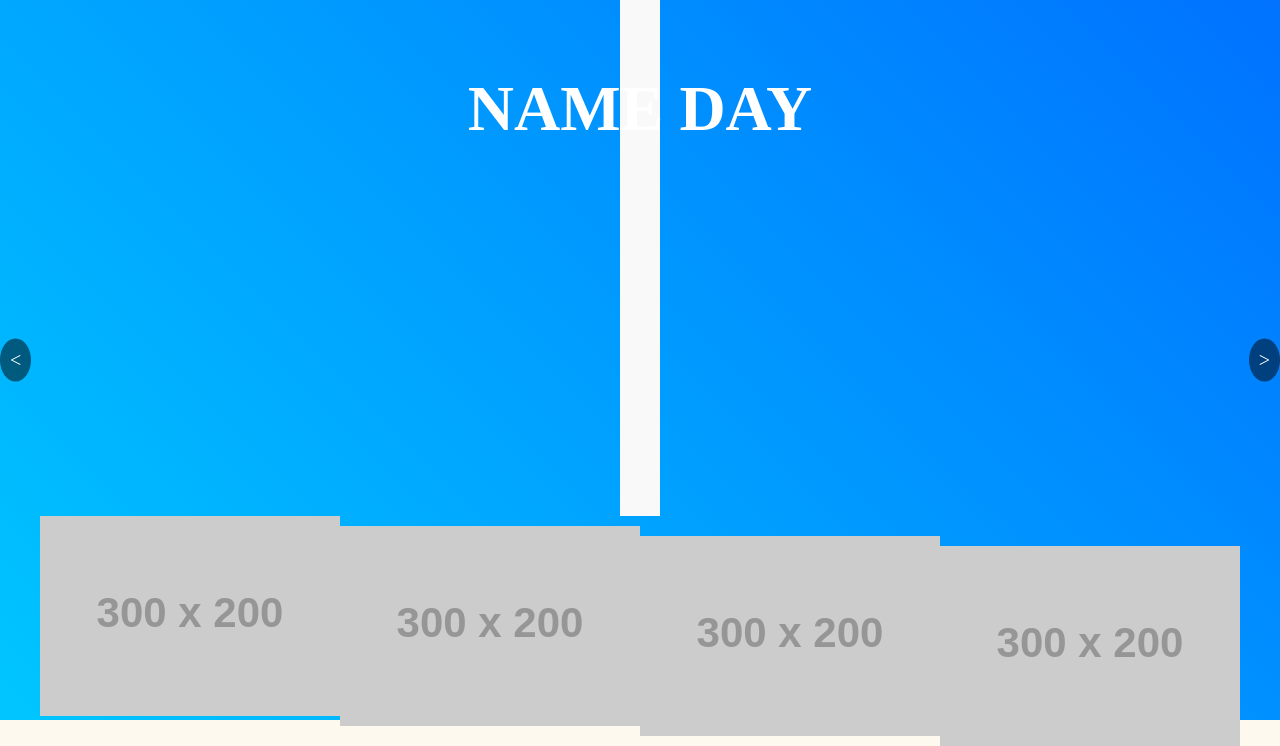
Repository: naps00/BIRTHDAY
Page: /details
These files come from the project's save history. The page is drawn as it stood at one moment and after the next save; the edit follows.
The browser window is 1280 px wide. The pictures show the whole page.
The project was rebuilt for these pictures with package versions that can differ from the ones it lists, and the page was loaded fresh each time.

Above is the page before, as saved 2024-12-12 03:08:50.

### src/App.js
import React, { useState } from 'react';
import { BrowserRouter as Router, Route, Routes, Link } from 'react-router-dom';
import './App.css';
import Details from './details.js'; // นำเข้า Details.js

function Home() {
  const [showModal, setShowModal] = useState(false);

  // เมื่อวีดีโอจบ ให้แสดง modal
  const handleVideoEnd = () => {
    setShowModal(true);
  };

  return (
    <div className="App">
      <div className="container">
        <div className="text-section" style={{ flex: 1, display: 'flex', flexDirection: 'column', justifyContent: 'center', alignItems: 'center', textAlign: 'center', height: '100vh', color: 'black', fontSize: 'calc(3vw + 0vh)', fontWeight: 'bold' }}>
          <h2>HAPPY BIRTHDAY !!</h2>
          <p>MY LOVE ♡ </p>
          <img src="https://img2.pic.in.th/pic/fc8c0bdfae313c2ffd700a21b05915d6-removebg-preview.png" alt="Happy Birthday Decoration" style={{width: '200px', height: '200PX' }} />
        </div>

        <div className="video-section">
          <video
            className="video-player"
            controls
            onEnded={handleVideoEnd}
          >
            <source src="https://v1.pinimg.com/videos/mc/720p/3d/2a/3c/3d2a3ca4078af4f14258938781ed5f8e.mp4" type="video/mp4" />
            Your browser does not support the video tag.
          </video>
        </div>
      </div>

      {/* Modal */}
      {showModal && (
        <div className="modal-backdrop">
          <div className="modal-content">
            <h2>Are you ready?</h2>
            {/* เปลี่ยนปุ่ม "ปิด" ให้เป็นลิงค์ไปยังหน้า /details */}
            <Link to="/details">
              <button className="pulse">GO !!</button>
            </Link>
          </div>
        </div>
      )}

      {/* เพิ่มอิโมจิที่วิ้งๆ */}
      <div className="emoji">🌟</div>
      <div className="emoji2">✨</div>
      <div className="emoji3">💕</div>

    </div>
  );
}

function App() {
  return (
    <Router>
      <Routes>
        <Route path="/" element={<Home />} />
        <Route path="/details" element={<Details />} /> {/* เพิ่มเส้นทางสำหรับหน้า /details */}
      </Routes>
    </Router>
  );
}

export default App;

### src/App.css
/* การจัด layout ของแอปพลิเคชัน */
.App {
  background-color: white;
  min-height: 100vh;
  display: flex;
  justify-content: center;
  align-items: center;
}

/* ส่วนที่ใช้จัด layout */
.container {
  display: flex;
  flex-direction: row; /* แบ่งพื้นที่ออกเป็น 2 ส่วน */
  width: 100%;
  height: 100vh;
}

/* ส่วนข้อความ */
.text-section {
  flex: 1;
  display: flex;
  flex-direction: column;
  justify-content: center;
  align-items: center;
  padding: 20px;
  background-color: #f9f9f9;
}

.text-section h1 {
  margin-bottom: 20px;
}

/* ส่วนวีดีโอ */
.video-section {
  flex: 1;
  display: flex;
  justify-content: center;
  align-items: center;
  background-color: #000;
}

.video-player {
  width: 100%; /* ให้วีดีโอเต็มความกว้าง */
  height: 100%; /* ให้วีดีโอเต็มความสูง */
  object-fit: cover; /* ปรับวีดีโอให้เต็มพื้นที่โดยไม่เสียสัดส่วน */

/* การแสดง modal */
}
.modal-backdrop {
  position: fixed;
  top: 0;
  left: 0;
  width: 100%;
  height: 100%;
  background: rgba(0, 0, 0, 0.7);
  display: flex;
  justify-content: center;
  align-items: center;
  z-index: 100; /* ทำให้ modal อยู่เหนือสิ่งอื่น */
  animation: fadeInPop 0.5s ease-out;
}

/* เพิ่ม z-index ให้ modal-content */
.modal-content {
  background: white;
  padding: 20px;
  border-radius: 10px;
  text-align: center;
  box-shadow: 0 2px 10px rgba(0, 0, 0, 0.3);
  animation: slideUp 0.3s ease-out;
  z-index: 101; /* ทำให้เนื้อหาของ modal อยู่เหนือ backdrop */
}

/* การแอนิเมชัน fade-in และ pop-up สำหรับ modal backdrop */
@keyframes fadeInPop {
  0% {
    opacity: 0;
    transform: scale(0.8);
  }
  100% {
    opacity: 1;
    transform: scale(1);
  }
}

body {
  font-family: 'Coiny', cursive;
  margin: 0;
  padding: 0;
  box-sizing: border-box;
  background-color: #fef9ef;
  color: #333;
}

h1, h2, p {
  font-family: 'Coiny', cursive; /* ฟอนต์ใหม่สำหรับข้อความ */
}

button {
  font-family: 'Coiny', cursive;
  font-size: 1.2rem;
  background-color: #ff6f61;
  color: #fff;
  padding: 10px 20px;
  border: none;
  border-radius: 8px;
  cursor: pointer;
  transition: background-color 0.3s ease, transform 0.3s ease;
}

button:hover {
  background-color: #ff3d3d;
  transform: scale(1.1);
}

/* การแอนิเมชัน slide-up สำหรับ modal content */
@keyframes slideUp {
  0% {
    transform: translateY(20px);
    opacity: 0;
  }
  100% {
    transform: translateY(0);
    opacity: 1;
  }
}

.modal-content h2 {
  margin-bottom: 20px;
}

.modal-content button {
  padding: 10px 20px;
  background-color: #007bff;
  color: white;
  border: none;
  border-radius: 5px;
  cursor: pointer;
  transition: transform 0.3s ease, background-color 0.3s ease;
}

/* เอฟเฟกต์เมื่อ hover ปุ่ม */
.modal-content button:hover {
  background-color: #0056b3;
  transform: scale(1.1); /* ขยายขนาดปุ่มเมื่อ hover */
}

/* เอฟเฟกต์การเต้นของปุ่ม */
@keyframes pulse {
  0% {
    transform: scale(1);
    opacity: 1;
  }
  50% {
    transform: scale(1.1);
    opacity: 0.8;
  }
  100% {
    transform: scale(1);
    opacity: 1;
  }
}

.pulse {
  animation: pulse 1.5s infinite;
}

/* อิโมจิวิ้งๆ */
.emoji {
  position: fixed;
  top: 30%;
  right: 50%;
  font-size: 30px;
  animation: smoothBounce 1.4s infinite;
  z-index: 50; /* ทำให้ไอคอนอิโมจิอยู่ใต้ modal */
}
.emoji2 {
  position: fixed;
  top: 18%;
  right: 97%;
  font-size: 30px;
  animation: smoothBounce 1.5s infinite;
  z-index: 50; /* ทำให้ไอคอนอิโมจิอยู่ใต้ modal */
}
.emoji3 {
  position: fixed;
  top: 63%;
  right: 65%;
  font-size: 50px;
  animation: smoothBounce 3s infinite;
  z-index: 50; /* ทำให้ไอคอนอิโมจิอยู่ใต้ modal */
}
/* การกระพิบ */
/* @keyframes fadeInOut {
  0%, 100% {
    opacity: 0;
  }
  50% {
    opacity: 1;
  }
}

.fade {
  animation: fadeInOut 1s infinite;
} */

/* การแอนิเมชันวิ้ง */
@keyframes smoothBounce {
  0%, 100% {
    transform: translateY(0);
    opacity: 1;
  }
  25% {
    transform: translateY(-1px);
    opacity: 1;
  }
  50% {
    transform: translateY(-1px);
    opacity: 1;
  }
  75% {
    transform: translateY(5px);
    opacity: 1;
  }
}


/* การแอนิเมชัน zoom-in */
@keyframes zoomIn {
  0% {
    transform: scale(0.8);
    opacity: 0;
  }
  100% {
    transform: scale(1);
    opacity: 1;
  }
}

.zoom-in {
  animation: zoomIn 0.4s ease-out;
}

/* เอฟเฟกต์ fade-in สำหรับเนื้อหาที่โหลด */
.fade-in {
  opacity: 0;
  animation: fadeIn 1s forwards;
}

@keyframes fadeIn {
  from {
    opacity: 0;
  }
  to {
    opacity: 1;
  }
}

### src/details.js
import React, { useState } from 'react';
import './details.css'; // เพิ่มสไตล์เฉพาะสำหรับหน้า Details

function Details() {
  const [currentIndex, setCurrentIndex] = useState(0);

  const images = [
    'https://via.placeholder.com/300x200?text=Image+1',
    'https://via.placeholder.com/300x200?text=Image+2',
    'https://via.placeholder.com/300x200?text=Image+3',
    'https://via.placeholder.com/300x200?text=Image+4'
  ];

  const handleNext = () => {
    setCurrentIndex((currentIndex + 1) % images.length);
  };

  const handlePrev = () => {
    setCurrentIndex((currentIndex - 1 + images.length) % images.length);
  };

  return (
    <div className="details-page">
      <div className="text-section">
        <h1>NAME DAY</h1>
      </div>

      <div className="card-stack">
        {images.map((src, index) => (
          <img
            key={index}
            src={src}
            alt={`Slide ${index + 1}`}
            className={`card ${index === currentIndex ? 'active' : ''}`}
            style={{ transform: `translateY(${(index - currentIndex) * 10}px)` }}
          />
        ))}
      </div>

      <div className="controls">
        <button onClick={handlePrev}>&lt;</button>
        <button onClick={handleNext}>&gt;</button>
      </div>
    </div>
  );
}

export default Details;

### src/details.css
/* พื้นหลังที่เคลื่อนไหว */
.details-page {
    position: relative;
    min-height: 100vh;
    display: flex;
    flex-direction: column;
    justify-content: center;
    align-items: center;
    background: linear-gradient(45deg, #00c6ff, #0072ff);
    animation: moveBackground 5s linear infinite;
  }

  /* เคลื่อนไหวพื้นหลัง */
  @keyframes moveBackground {
    0% {
      background: linear-gradient(45deg, #00c6ff, #0072ff);
    }
    50% {
      background: linear-gradient(45deg, #0072ff, #00c6ff);
    }
    100% {
      background: linear-gradient(45deg, #00c6ff, #0072ff);
    }
  }

  /* ข้อความที่แสดง "สสสส" */
  .text-section h1 {
    color: white;
    font-size: 4rem;
    text-align: center;
    margin: 0;
    position: absolute;
    top: 10%;
    z-index: 10;
  }

  /* การสไตล์สำหรับส่วนสไลด์ */
  .slider-container {
    position: relative;
    width: 80%;
    height: 300px;
    margin-top: 10%; /* เพิ่มระยะห่างจากข้อความ */
    background-color: #fff;
    border-radius: 8px;
    overflow: hidden;
    box-shadow: 0 4px 10px rgba(0, 0, 0, 0.2);
  }

  /* กำหนดให้รูปภาพซ้อนกัน */
  .image-stack {
    position: absolute;
    top: 0;
    left: 0;
    width: 100%;
    height: 100%;
    display: flex;
    flex-direction: row;
    transition: transform 0.5s ease-in-out;
  }

  /* รูปภาพที่แสดงอยู่ */
  .image {
    position: absolute;
    top: 0;
    left: 0;
    width: 100%;
    height: 100%;
    object-fit: cover;
    opacity: 0.5;
    transition: opacity 0.5s ease-in-out;
  }

  /* รูปภาพที่แสดงอยู่จะมีความทึบ */
  .image.active {
    opacity: 1;
  }

  /* ปุ่มสไลด์ */
  .controls {
    position: absolute;
    top: 50%;
    width: 100%;
    display: flex;
    justify-content: space-between;
    transform: translateY(-50%);
  }

  .controls button {
    background-color: rgba(0, 0, 0, 0.5);
    color: white;
    border: none;
    padding: 10px;
    cursor: pointer;
    font-size: 20px;
    border-radius: 50%;
  }

  .controls button:hover {
    background-color: rgba(0, 0, 0, 0.8);
  }

Loaded but not shown: public/index.html (common file); src/index.js (common file); src/index.css (common file); src/reportWebVitals.js (common file)

After the next save:
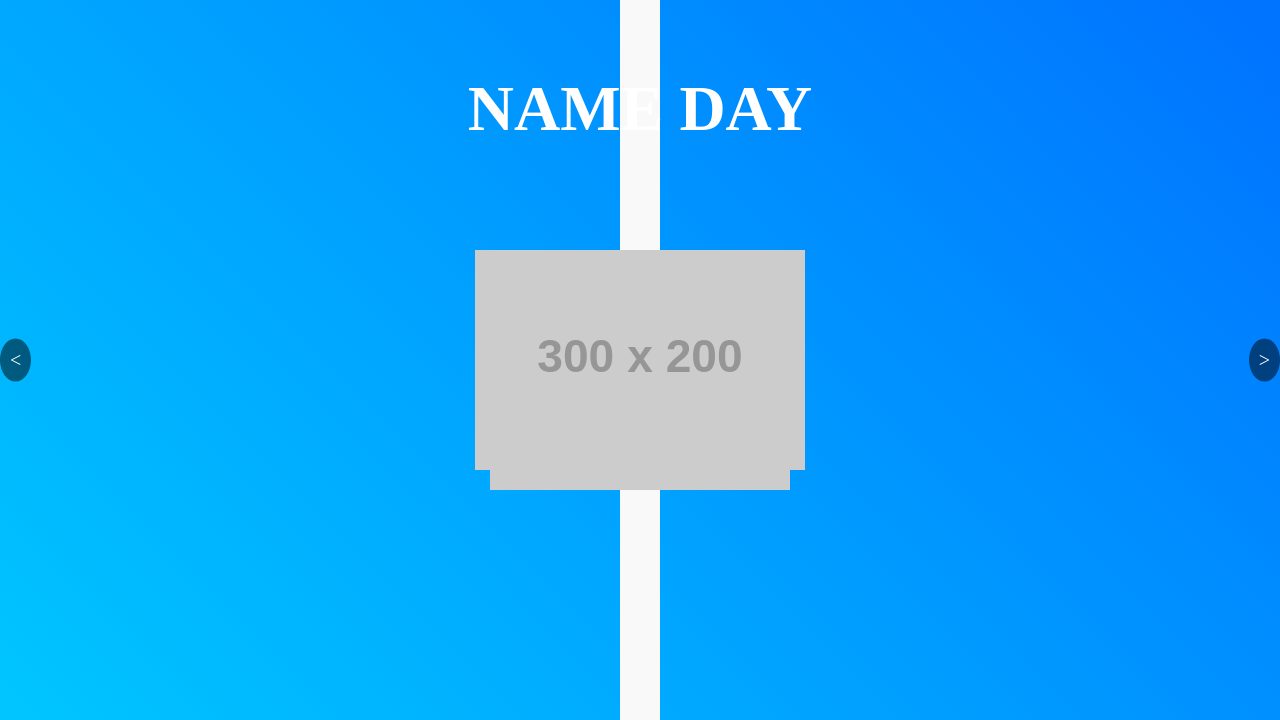
Saved 107 s later.
--- a/src/details.js
+++ b/src/details.js
@@ -1,5 +1,5 @@
 import React, { useState } from 'react';
-import './details.css'; // เพิ่มสไตล์เฉพาะสำหรับหน้า Details
+import './details.css'; // สไตล์สำหรับ Card Stack
 
 function Details() {
   const [currentIndex, setCurrentIndex] = useState(0);
@@ -26,15 +26,30 @@ function Details() {
       </div>
 
       <div className="card-stack">
-        {images.map((src, index) => (
-          <img
-            key={index}
-            src={src}
-            alt={`Slide ${index + 1}`}
-            className={`card ${index === currentIndex ? 'active' : ''}`}
-            style={{ transform: `translateY(${(index - currentIndex) * 10}px)` }}
-          />
-        ))}
+        {images.map((src, index) => {
+          const isActive = index === currentIndex;
+          const zIndex = images.length - Math.abs(currentIndex - index); // ให้ active อยู่บนสุด
+          const offset = (index - currentIndex) * 10; // ความเหลื่อมในแนวแกน Y
+
+          return (
+            <img
+              key={index}
+              src={src}
+              alt={`Slide ${index + 1}`}
+              className={`card ${isActive ? 'active' : ''}`}
+              style={{
+                zIndex: zIndex,
+                transform: `translateY(${offset}px) scale(${isActive ? 1.1 : 1})`, // ซูมเล็กน้อยเมื่อ active
+                position: 'absolute',
+                left: '50%',
+                top: '50%',
+                transformOrigin: 'center',
+                marginLeft: '-150px', // ครึ่งหนึ่งของความกว้าง
+                marginTop: '-100px', // ครึ่งหนึ่งของความสูง
+              }}
+            />
+          );
+        })}
       </div>
 
       <div className="controls">
